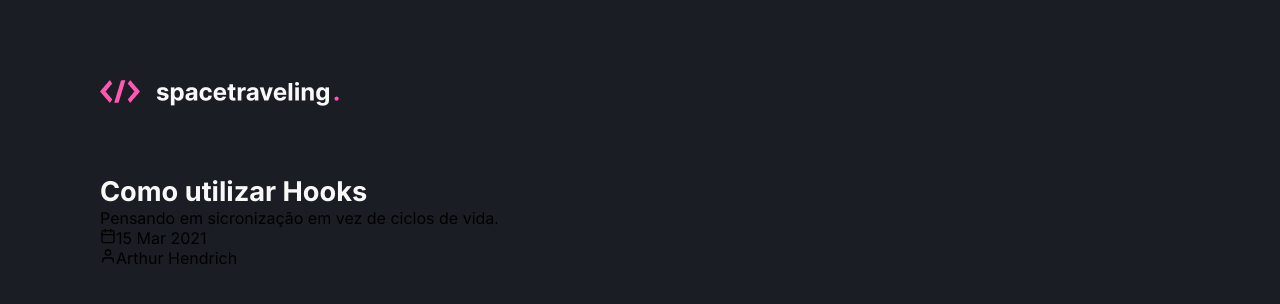
Repository: ArthurHendrich/Ignite-NextJS
Page: /
The author's editor kept a copy of each file at every save. The page is drawn from the files as they stood at one save, then again after the next save.
The browser window is 1280 px wide. The pictures show the whole page.
The project was rebuilt for these pictures with package versions that can differ from the ones it lists, and the page was loaded fresh each time. The framework's server and built-in components were replaced by stand-ins that run in the browser.

Above is the page before, as saved 2022-07-09 15:40:50.

### src/pages/_document.tsx
import Document, { Head, Html, Main, NextScript } from 'next/document';

export default class MyDocument extends Document {
  render() {
    return (
      <Html>
        <Head>
          <link rel="preconnect" href="https://fonts.googleapis.com" />
          <link href="https://fonts.googleapis.com/css2?family=Inter:wght@400;600;700&display=swap" rel="stylesheet" />
        </Head>
        <body>
          <Main />
          <NextScript />
        </body>
      </Html>
    );
  }
}

### src/pages/index.tsx
import { GetStaticProps } from 'next';

import { getPrismicClient } from '../services/prismic';

import commonStyles from '../styles/common.module.scss';
import styles from './home.module.scss';
import { FiCalendar, FiUser } from 'react-icons/fi';

interface Post {
  uid?: string;
  first_publication_date: string | null;
  data: {
    title: string;
    subtitle: string;
    author: string;
  };
}

interface PostPagination {
  next_page: string;
  results: Post[];
}

interface HomeProps {
  postsPagination: PostPagination;
}

export default function Home() {
  return (
    <main className={commonStyles.Container}>
      <div className={styles.Container}>
        <h1>Como utilizar Hooks</h1>
        <p>Pensando em sicronização em vez de ciclos de vida.</p>
        <div className={styles.ContentInfo}>
          <div className={styles.Date}>
            <FiCalendar />
            <span>15 Mar 2021</span>
          </div>
          <div className={styles.Author}>
            <FiUser />
            <span>Arthur Hendrich</span>
          </div>
        </div>
      </div>
    </main>
  );
}

// export const getStaticProps = async () => {
//   const prismic = getPrismicClient({});
//   const postsResponse = await prismic.getByType(TODO);

//   TODO
// };

### src/components/Header/index.tsx
import styles from './header.module.scss';

export default function Header() {
  return (
    <header className={styles.Container}>
        <img src="images/Logo.png" alt="logo"/>
    </header>
  )
}

### src/styles/globals.scss
* {
  box-sizing: border-box;
  margin: 0;
  padding: 0;
}

:root {
  --Highlight: #FF57B2;
  --Heading: #F8F8F8;
  --Background: #1A1D23;
  --Info: #BBBBBB;
  --Body: #D7D7D7;
}


@media (max-width: 1080px) {
  html {
    font-size: 93.75%;
  }
}

@media (max-width: 720px) {
  html {
    font-size: 87.5%;
  }
}

body{
  background: var(--Background);
}

body, input, textarea, select, button {
  font: 400 1rem 'Inter', sans-serif;
}

button {
  cursor: pointer;
}

a {
  color: inherit;
  text-decoration: none;
}

### src/styles/common.module.scss
.Container {
  max-width: 1080px;
  margin: 0 auto;
}

### src/pages/home.module.scss
.Container {
  margin-top: 4.0625rem;

  h1 {
    font-size: 1.7rem;
    color: var(--Heading);
  }
}

### src/components/Header/header.module.scss
.Container {
  max-width: 1080px;
  margin: 0 auto;
  margin-top: 5rem;
}

Loaded but not shown: src/pages/_app.tsx (common file)

After the next save:
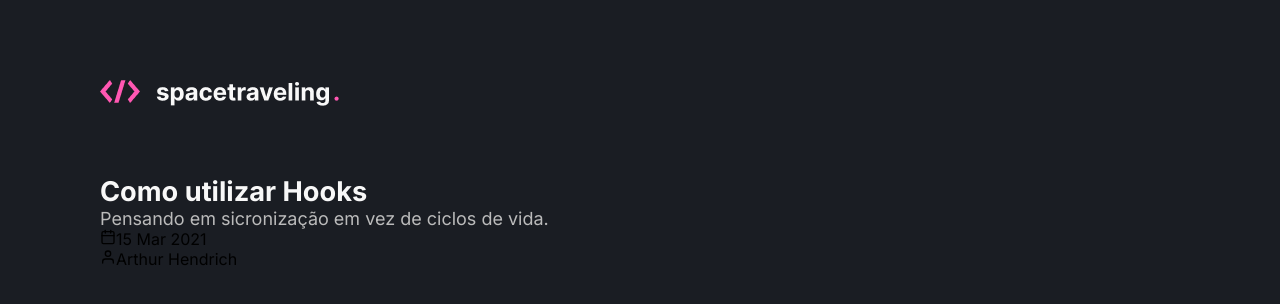
Saved 21 s later.
--- a/src/pages/home.module.scss
+++ b/src/pages/home.module.scss
@@ -5,4 +5,9 @@
     font-size: 1.7rem;
     color: var(--Heading);
   }
+
+  p {
+    font-size: 1.125rem;
+    color: var(--Info);
+  }
 }
